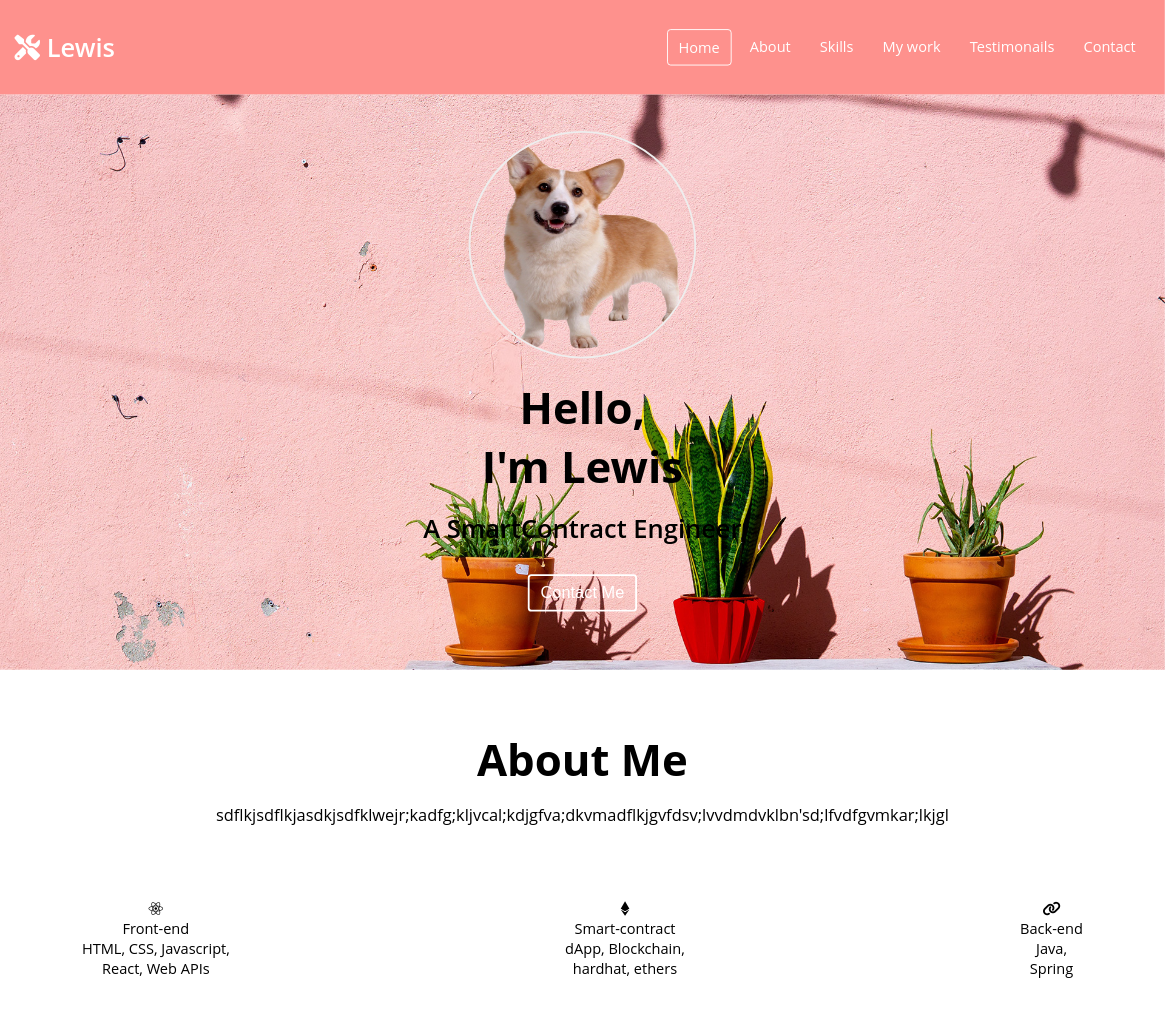
Repository: woojinShim/woojinShim.github.io
Page: index.html
An editor plug-in stored every save of this project. The page is shown before and after the next save, followed by the edit.
The browser window is 1280 px wide. The pictures show the part of the page from y = 0 to 1135 px (the page is 7130 px tall before and 7194 px after), at 91% of full size.
A picture or video elsewhere on the page could not be fetched, so the positions and the page height are approximate. Some web libraries are served in a nearby version.

Above is the page before, as saved 2022-03-08 19:04:40.

After the next save:
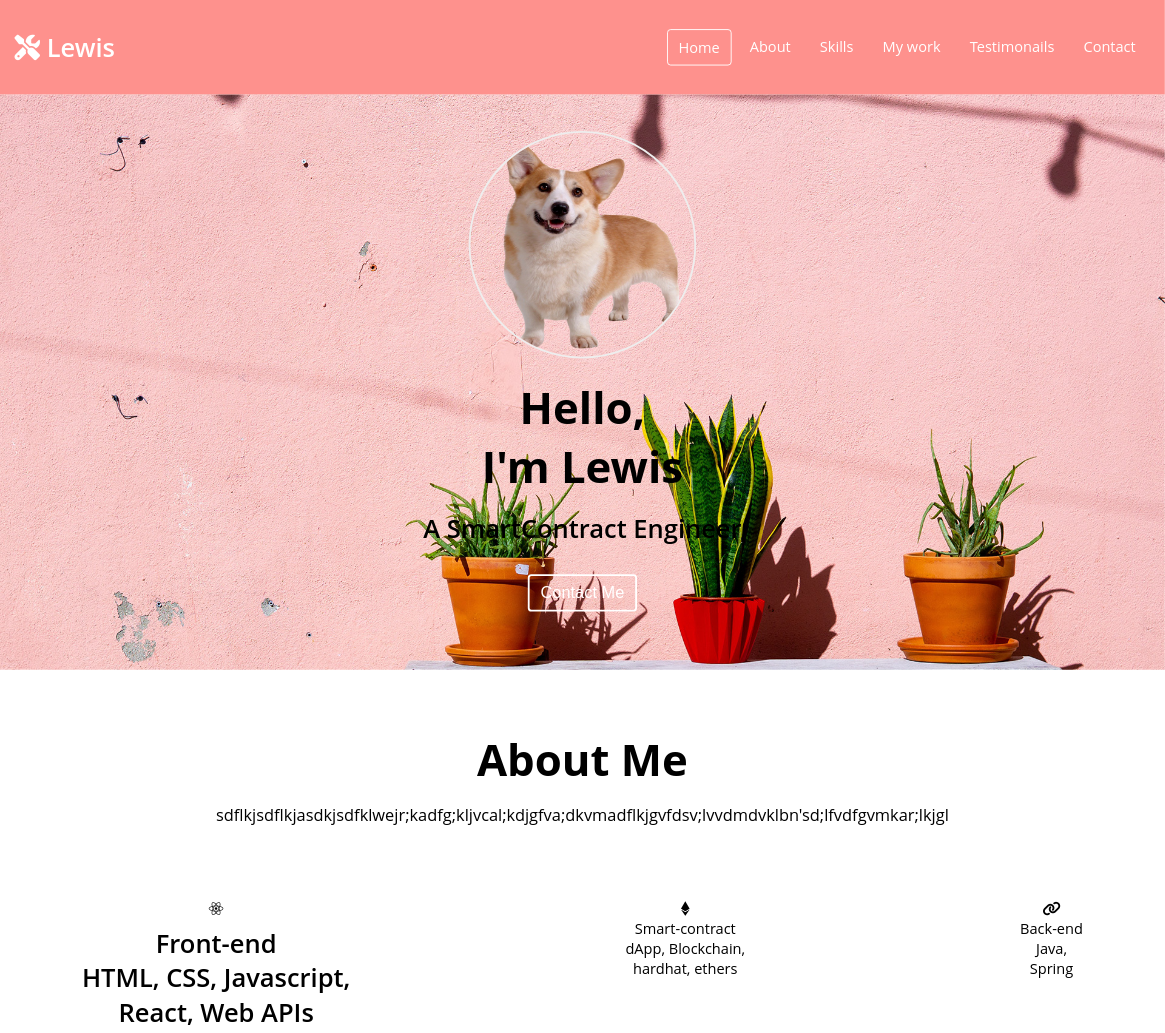
Saved 8 s later.
--- a/index.html
+++ b/index.html
@@ -46,7 +46,7 @@
         <div class="about__majors">
             <div class="major">
                 <div class="major__icon"><i class="fab fa-react"></i></div>
-                <div class="major__title">Front-end</div>
+                <h2 class="major__title">Front-end</>
                 <div class="major__description">HTML, CSS, Javascript,
                     <br /> React, Web APIs
                 </div>
